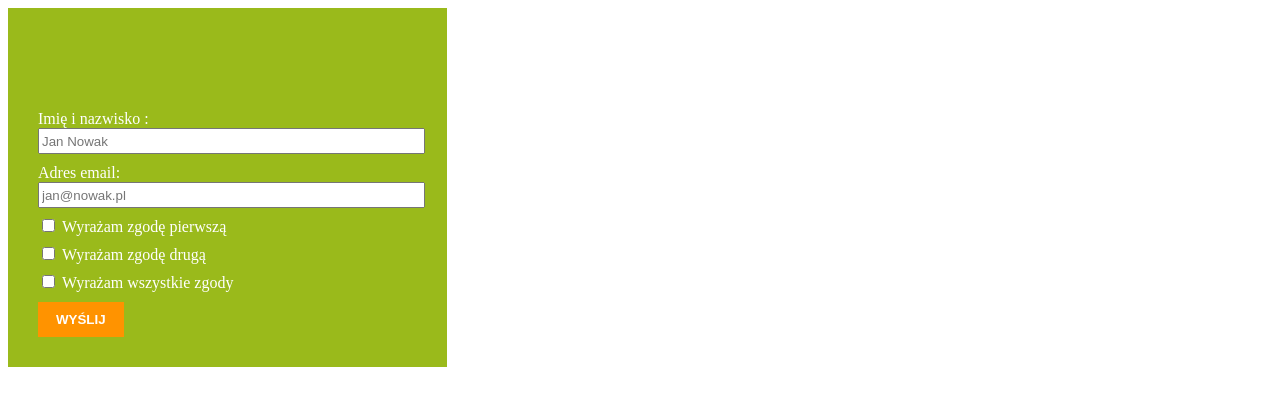
Repository: magdaf41/JavaScript
Page: JS DOM zadanie_5/index.html
These files come from the project's save history. The page is drawn as it stood at one moment and after the next save; the edit follows.
The browser window is 1280 px wide. The pictures show the whole page.

Above is the page before, as saved 2020-09-06 18:01:23.

### JS DOM zadanie_5/index.html
<!DOCTYPE html>
<html lang="en">

<head>
    <meta charset="UTF-8">
    <meta name="viewport" content="width=device-width, initial-scale=1.0">
    <title>Warsztat 3 - Walidacja formularza</title>
    <link rel="stylesheet" href="css/style.css">
</head>

<body>
    <form id="newsletter-form" action="">

        <ul id="errors"></ul>
        <label for="name">Imię  i nazwisko : </label><br>
        <input type="text" name="name" id="name" placeholder="Jan Nowak"><br>
        <label for="email">Adres email:  </label><br>
        <input type="email" name="email" id="email" placeholder="jan@nowak.pl"><br>


        <input type="checkbox" name="accept_1" id="accept_1">
        <label for="accept_1">Wyrażam zgodę pierwszą</label><br>
        <input type="checkbox" name="accept_2" id="accept_2">
        <label for="accept_2">Wyrażam zgodę drugą</label><br>
        <input type="checkbox" name="allAccept" id="allAccept">
        <label for="allAccept">Wyrażam wszystkie zgody</label><br>

         <button type="submit" id="send">Wyślij</button>
    </form>


    <script src="js/script.js"></script>
</body>

</html>

### JS DOM zadanie_5/css/style.css
form#newsletter-form {
background-color: rgb(154,186,27);
font-size: 16px;
color: #ffffff;
padding: 30px;
width: 30%;
}

#errors {
    color: red;
    padding: 15px ;
}

input, label {
    display: inline-block;
}

label {
    margin-top: 10px;
}

input[type='text'], input[type='email'] {
    height: 20px;
    width: 100%;
}

button[type='submit']{
    background-color: #ff9300;
    color: #ffffff;
    text-transform: uppercase;
    border: 0;
    margin-top: 10px;
    padding: 10px 18px;
    cursor: pointer;
    font-weight: 700;
}
button[type='submit']:hover{
    background-color: #333333;
}

### JS DOM zadanie_5/js/script.js
let form = document.getElementById('newsletter-form');
let allAcceptChx = document.getElementById('allAccept');


const validate = (event) => {

    let txtName = document.getElementById('name')
    let txtEmail = document.getElementById('email');
    let accept1 = document.getElementById('accept_1');
    let errors = document.getElementById('errors');

    errors.innerHTML = "";

    if (txtName.value.trim() === "") {
        let liError = document.createElement('li')
        liError.innerText = "Wpisz imię i nazwisko!"

        errors.appendChild(liError);
    }

    if (!txtEmail.value.includes('@')) {
        let liError = document.createElement('li')
        liError.innerText = "Adres email musi zawierać znak @"

        errors.appendChild(liError);
    }

    if (txtEmail.value.trim() === "") {
        let liError = document.createElement('li')
        liError.innerText = "Wpisz adres email!"

        errors.appendChild(liError);
    }

    if (!accept1.checked) {
        let liError = document.createElement('li')
        liError.innerText = "Nie wyraziłeś zgody 1"

        errors.appendChild(liError);
    }

    if (errors.children.length > 0) {
        event.preventDefault();
    }
}



const allAccept = (event) => {
    let accept1 = document.getElementById('accept_1');
    let accept2 = document.getElementById('accept_2');

    accept1.checked = event.target.checked;
    accept2.checked = event.target.checked;
    // console.log(event.target.checked);
    accept1.disabled = event.target.checked;
    accept2.disabled = event.target.checked;
}



form.addEventListener('submit', validate);
allAcceptChx.addEventListener('change', allAccept);

After the next save:
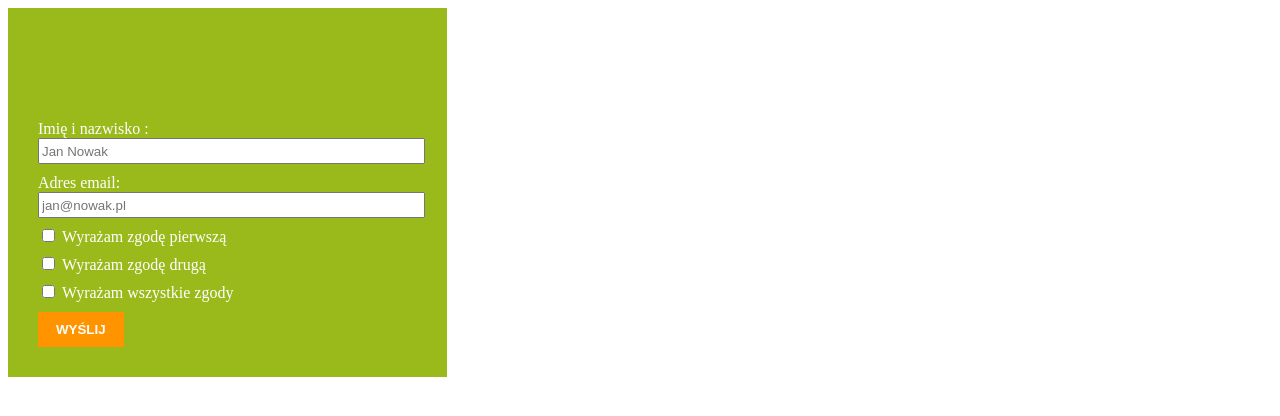
Saved 15 s later.
--- a/JS DOM zadanie_5/css/style.css
+++ b/JS DOM zadanie_5/css/style.css
@@ -8,7 +8,7 @@ width: 30%;
 
 #errors {
     color: red;
-    padding: 15px ;
+    padding: 20px ;
 }
 
 input, label {
